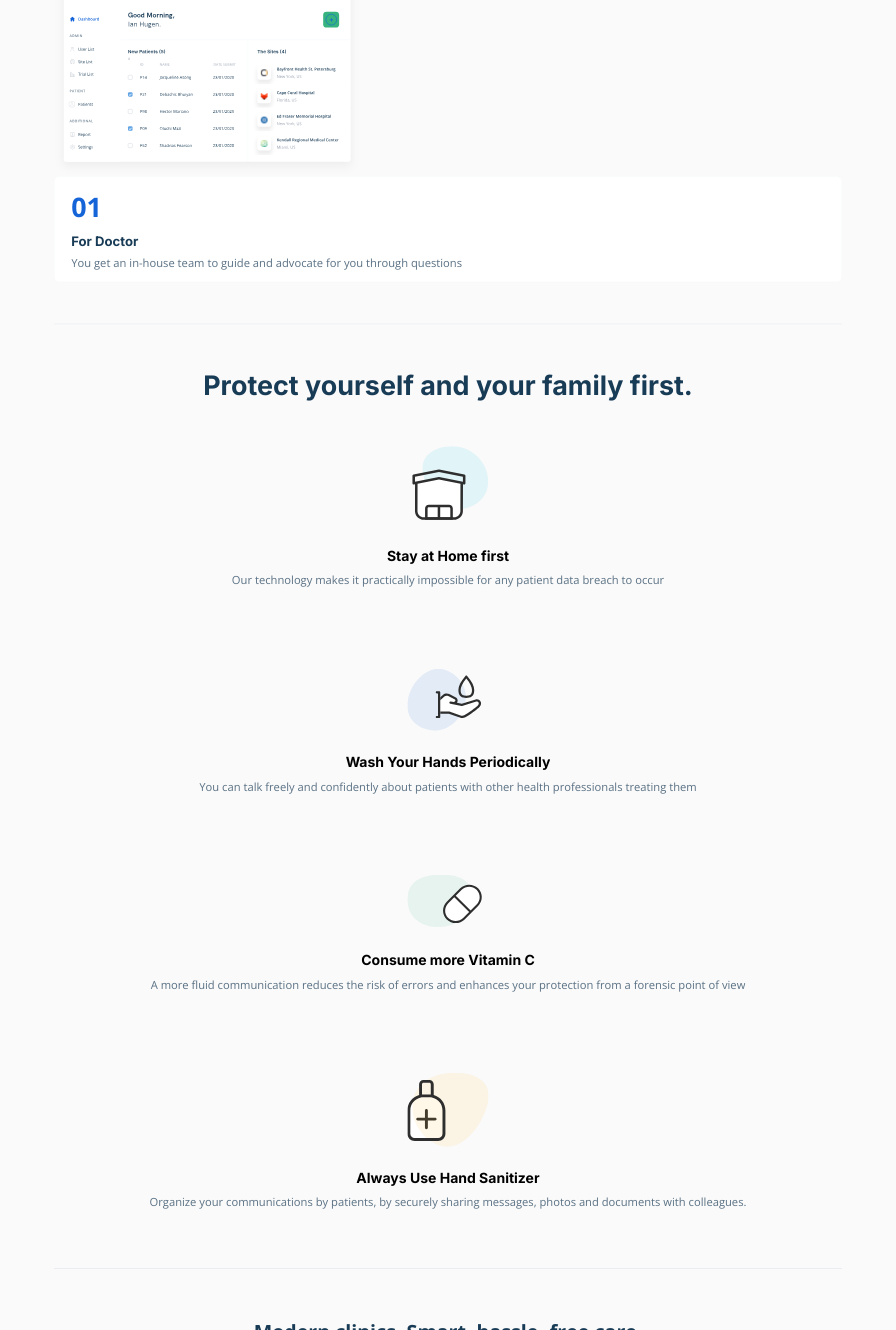
Repository: Esttevo/prova-html-css
Page: index.html
These files come from the project's save history. The page is drawn as it stood at one moment and after the next save; the edit follows.
The browser window is 1280 px wide. The pictures show the part of the page from y = 1189 to 3089 px (the page is 6274 px tall before and 6300 px after), at 70% of full size.
A picture or video elsewhere on the page could not be fetched, so the positions and the page height are approximate.

Above is the page before, as saved 2026-08-31 21:39:08.

### index.html
<!DOCTYPE html>
<html lang="en">
<head>
    <meta charset="UTF-8">
    <meta name="viewport" content="width=device-width, initial-scale=1.0">
    <title>Document</title>
    <link rel="stylesheet" href="style.css">
</head>
<body>
    <header>
        <img id="header-logo" src="img/icons/Logo.svg" alt="Logo escrita EHYA">

        <nav id="header-nav">
            <a class="no-chevron" href="#">Home</a>
            <a class="with-chevron" href="#">
                Landings
                <img src="img/icons/icon-chevron-down.svg" alt="indica que possui uma lista ao clicar">
            </a>
            <a class="with-chevron" href="#">
                Pages
                <img src="img/icons/icon-chevron-down.svg" alt="indica que possui uma lista ao clicar">
            </a>
            <a href="#">Docs</a>
            <a href="#">Help</a>
            <button>Get it now</button>
        </nav>

        <img src="img/icons/icon-menu-hamburger.svg" alt="Menu hamburger">
    </header>

    <main>
        <section id="section-hero">
            <div id="hero-text">
                <div id="bar-text">
                    <div class="estilization-bar"> a</div>

                    <h4>
                        Changing the way you
                        go to healthcare
                    </h4>
                </div>

                <h1>
                    Primary Care
                    Designed for
                    Real Life
                </h1>

                <p>
                Discuss patients, share notes and documents in a secure manner and be part of a network of health professionals ready to
                collaborate better.
                </p>

                <form id="form-hero" action="#">
                    <input id="text-write" type="text" placeholder="name@youremail.com">
                    <input id="button" type="submit" value="Subscribe">
                </form>
            </div>
            <img src="img/image-hero.png" alt="4 medicos sorrindo e uma medica sobrepondo os 4">
        </section>

        <section id="section-connect">
            <div id="connect-tittle-subtittle">
                <h2>
                    Connect easily. Collaborate efficiently.
                </h2>

                 <p>
                    Rather than do things the
                    ypical way, we’ve created
                    a membership-based primary
                    care practice truly designed
                    around your needs.
                </p>
            </div>

           <img src="img/Dashboard.svg" alt="dashboard de exemplo de um sistema de agendamento">

           <div id="cards-advantages">
                <div id="first-card-advantages">
                     <h2>01</h2>
                     <h3>For Doctor</h3>
                     <p>
                         You get an in-house
                         team to guide and advocate
                         for you through questions
                     </p>
                </div>

                <div id="second-card-advantages">
                     <h2>02</h2>
                     <h3>For Patient</h3>
                     <p>
                         You get an in-house
                         team to guide and advocate
                         for you through questions
                     </p>
                </div>

                <div id="third-card-advantages">
                     <h2>03</h2>
                     <h3>For Clinician</h3>
                     <p>
                         You get an in-house
                         team to guide and advocate
                         for you through questions
                     </p>
                </div>
            </div>
        </section>

        <section id="section-protect">
            <h2>
                Protect yourself and your family first.
            </h2>

            <div id="protect-content-tips">
                <div class="content-tips-card">
                    <img src="img/icons/icon-house.svg" alt="Casa">

                    <h3>
                        Stay at Home first
                    </h3>

                    <p>
                        Our technology makes
                        it practically impossible
                        for any patient data breach to occur
                    </p>
                </div>

                <div class="content-tips-card">
                    <img src="img/icons/icon-hand.svg" alt="Lavando a mao">

                    <h3>
                        Wash Your Hands Periodically
                    </h3>

                    <p>
                        You can talk freely and confidently
                        about patients with other health professionals
                         treating them
                    </p>
                </div>

                <div class="content-tips-card">
                    <img src="img/icons/icon-remedy.svg" alt="pilula de remedio">

                    <h3>
                        Consume more Vitamin C
                    </h3>

                    <p>
                        A more fluid communication reduces
                        the risk of errors and enhances your
                        protection from a forensic point of view
                    </p>
                </div>

                <div class="content-tips-card">
                    <img src="img/icons/icon-medicament.svg" alt="Caixa de remedio">

                    <h3>
                        Always Use Hand Sanitizer
                    </h3>

                    <p>
                        Organize your communications
                        by patients, by securely sharing
                        messages, photos and documents
                        with colleagues.
                    </p>
                </div>
            </div>
        </section>

        <section id="section-modern">
            <h2>
                Modern clinics.
                Smart, hassle
                -free care.
            </h2>

            <div id="first-and-second-content">
                <div class="modern-content-img-text">
                    <img src="img/image-medic.svg" alt="equipamentos de medico">
                    <h3>
                        Consume more Vitamin C
                    </h3>

                    <p>
                        A more fluid communication reduces
                        the risk of errors and enhances your
                        protection from a forensic point of view
                    </p>
                </div>

                <div class="modern-content-img-text">
                    <img src="img/image-kid.png" alt="Criança caminhando de mão dada">
                    <h3>
                        Wash Your Hands Periodically
                    </h3>

                    <p>
                        You can talk freely and confidently
                        about patients with other health professionals
                         treating them
                    </p>
                </div>
            </div>

            <div id="third-and-fourth-content">
                <div class="modern-content-img-text">
                    <img src="img/image-dog.png" alt="cachorro tomando agua no colo">
                    <h3>
                        Always Use Hand Sanitizer
                    </h3>

                    <p>
                        Organize your communications
                        by patients, by securely sharing
                        messages, photos and documents
                        with colleagues.
                    </p>
                </div>
            </div>
        </section>

        <section id="section-health">
            <div class="health-content-text">
                <div class="estilization-bar"></div>

                <h2>
                     Track Your Health
                     History Periodically
                </h2>

                <p>
                 A more fluid communication reduces
                 the risk of errors and enhances your
                 protection from a forensic
                 point of view
                </p>

                <div id="learn-more">
                     <p>LEARN MORE</p>
                     <img src="img/icons/icon-arrow-right.svg" alt="seta para a direita, clique para ler mais">
                </div>
            </div>

           <img id="image-mobile" src="img/image-health-mobile.svg" alt="iphone em um site de localização de hospitais com mapa e busca">
            <img id="image-desktop" src="img/image-health-desktop.svg" alt="iphone em um site de localização de hospitais com mapa e busca">
           <div id="count-pages">
                <p>1/4 screen</p>

                <div id="img-arrow">
                    <img src="img/icons/icon-button-left.svg" alt="botão para tela da esquerda">
                    <img src="img/icons/icon-button-right.svg" alt="botão para tela da direita">
                </div>
           </div>
        </section>

        <section id="section-resources">
            <article class="selected-resources-card">
                <img src="img/icons/icon-docs.png" alt="simbolo de documento">

                <h3>Stay at Home first</h3>

                <p>
                    A more fluid communication
                    reduces the risk of errors.
                </p>

                <a href="#">
                    READ ARTICLE
                </a>
            </article>

            <article class="resources-card">
                <img src="img/icons/icon-docs.png" alt="simbolo de documento">

                <h3>
                    Wash Your Hands
                </h3>

                <p>
                    A more fluid communication
                    reduces the risk of errors.
                </p>

                <a href="#">
                    READ ARTICLE
                </a>
            </article>

            <article class="resources-card">
                <img src="img/icons/icon-docs.png" alt="simbolo de documento">

                <h3>Use Hand Sanitizer</h3>

                <p>
                    A more fluid communication
                    reduces the risk of errors.
                </p>

                <a href="#">
                    READ ARTICLE
                </a>
            </article>

            <article class="resources-card">
                <img src="img/icons/icon-docs.png" alt="simbolo de documento">

                <h3>Consume Vitamin C</h3>

                <p>
                    A more fluid communication
                    reduces the risk of errors.
                </p>

                <a href="#">
                    READ ARTICLE
                </a>
            </article>
        </section>

        <section id="section-updates">
            <h2>be the first to know our updates</h2>

            <form action="#">
                <input  type="text" id="name" name="name" placeholder="&#xF007; Teste">
                <input  type="text" id="name" name="name" placeholder="&#xF007; Teste">
                <input type="submit" value="Subscribe Us">
            </form>
        </section>
    </main>

    <footer id="footer">
        <div id="footer-content-nav">
            <nav class="nav-footer">
                <a class="nav-tittle" href="#">Product</a>
                <a class="nav-item" href="#">Landingpage</a>
                <a class="nav-item" href="#">Features</a>
                <a class="nav-item" href="#">Documentation</a>
                <a class="nav-item" href="#">Referral Program</a>
                <a class="nav-item" href="#">Pricing</a>
            </nav>

            <nav class="nav-footer">
                <a class="nav-tittle" href="#">Services</a>
                <a class="nav-item" href="#">Documentation</a>
                <a class="nav-item" href="#">Design</a>
                <a class="nav-item" href="#">Themes</a>
                <a class="nav-item" href="#">Illustrations</a>
                <a class="nav-item" href="#">UI Kit</a>
            </nav>

            <nav class="nav-footer">
                <a class="nav-tittle" href="#">Company</a>
                <a class="nav-item" href="#">About</a>
                <a class="nav-item" href="#">Terms</a>
                <a class="nav-item" href="#">Privacy Policy</a>
                <a class="nav-item" href="#">Careers</a>
            </nav>

            <nav class="nav-footer">
                <a class="nav-tittle" href="#">More</a>
                <a class="nav-item" href="#">Documentation</a>
                <a class="nav-item" href="#">License</a>
                <a class="nav-item" href="#">Changelog</a>
            </nav>
        </div>

        <img src="img/icons/Logo.svg" alt="simbolo de logo">

        <p>Build a modern and creative website with crealand</p>

        <div id="icons-footer">
            <img src="img/icons/Icon-google.svg" alt="icone redirecionamento google">
            <img src="img/icons/icon-email.svg" alt="icone redirecionamento email">
            <img src="img/icons/icon-instagram.svg" alt="icone redirecionamento instagram">
            <img src="img/icons/icon-linkedin.svg" alt="icone redirecionamento linkedIn">
        </div>
    </footer>
</body>
</html>

### style.css
@import url('https://fonts.googleapis.com/css2?family=Inter:ital,opsz,wght@0,14..32,100..900;1,14..32,100..900&display=swap');
@import url('https://fonts.googleapis.com/css2?family=Inter:ital,opsz,wght@0,14..32,100..900;1,14..32,100..900&family=Open+Sans:ital,wght@0,300..800;1,300..800&display=swap');

:root {
    --primary-background-color: #FAFAFA;
    --secundary-background-color: #FFFFFF;

    --primary-color: #1565D8;

    --primary-tittle-font-color: #183B56;

    --primary-subtittle-font-color: #5A7184;

    --primary-font-family: "Open Sans", sans-serif;
    --secundary-font-family: "Inter", sans-serif;

    --color-spacing: #E3E7ED;
}

* {
    margin: 0;
    padding: 0;
    text-decoration: none;
    box-sizing: border-box;
    overflow-x: hidden;
}

body {
    font-family: var(--primary-font-family);
    background-color: var(--primary-background-color);
}

header {
    display: flex;
    justify-content: space-between;
    padding: 1.2rem 1.5rem;

}

#header-nav {
    display: none;
}

#bar-text {
    display: flex;
    flex-direction: column;
    align-items: center;
    gap: 1rem;
    padding: 1.2rem 3rem;
}

.estilization-bar {
    background-color: #344563;;
    width: 14px;
    height: 2px;
}

#bar-text h4 {
    font-size: clamp(14px, 1vw, 30px);
    text-align: center;
    line-height: 150%;
    color: var(--primary-tittle-font-color);
}

#section-hero {
    display: flex;
    flex-direction: column;
    padding: 0 clamp(1.25rem, 6vw, 9rem);
}

#section-hero h1 {
    color: var(--primary-tittle-font-color);
    text-align: center;
    line-height: 125%;
    font-weight: 700;
    letter-spacing: 0.2;
    font-family: var(--secundary-font-family);
    padding: 0 1rem;
    font-size: clamp(32px, 5vw, 56px);
}

#section-hero p {
    color: var(--primary-subtittle-font-color);
    text-align: center;
    font-size: 1rem;
    padding-top: 1rem;
    line-height: 175%;
}

#section-hero form {
    display: flex;
    flex-direction: column;
    width: clamp(280px, 100%, 400px);
    padding: 2rem 0;
    justify-self: center;
}

#section-hero #text-write {
    height: 3.8rem;
    border: none;
    border-radius: 0.5rem;
    padding: 1rem;
    font-family: var(--primary-font-family);
}

#section-hero #button {
    background-color: var(--primary-color);
    border: none;
    font-size: var(--primary-font-family);
    color: #FFFFFF;
    border-radius: 0.5rem;
    padding: 0.5rem 0;
    height: 2.5rem;
}

#section-hero img {
    width: clamp(280px, 100%, 540px);
    align-self: center;
    padding-bottom: 3rem;
}

#section-connect {
    display: flex;
    flex-direction: column;
    padding: 0 clamp(1.25rem, 6vw, 9rem);

}

#connect-tittle-subtittle h2{
    border-top: 1px solid var(--color-spacing);
    color: var(--primary-tittle-font-color);
    text-align: center;
    padding: 1rem;
    padding-top: 3.7rem;
    line-height: 125%;
    font-family: var(--secundary-font-family);
}

#connect-tittle-subtittle p {
    color: var(--primary-subtittle-font-color);
    text-align: center;
    line-height: 175%;
    padding-bottom: 0.5rem;
}

#section-connect img {
    width: 438px;
    /* fica certo aos 498, nsei como fazer ainda*/
}

#cards-advantages {
    display: flex;
    flex-direction: column;
    padding-bottom: 3.7rem;
    border-bottom: 1px solid var(--color-spacing);
}

#first-card-advantages {
    display: flex;
    flex-direction: column;
    background-color: var(--secundary-background-color);
    padding: 1rem 1.5rem 1rem 1.5rem;
    border: 1px solid #F8F9FA;
    border-radius: 8px;

}

#first-card-advantages h2 {
    color: var(--primary-color);
    font-size: clamp(24px, 3vw, 48px);
    padding-bottom: 0.8rem;
}

#first-card-advantages h3 {
    font-family: var(--secundary-font-family);
    color: var(--primary-tittle-font-color);
    padding-bottom: 0.5rem;
}

#first-card-advantages p {
    color: var(--primary-subtittle-font-color);
}

#second-card-advantages {
    display: none;
}

#third-card-advantages {
    display: none;
}

#section-protect {
    display: flex;
    flex-direction: column;
    align-content: center;
    padding: 0 clamp(1.25rem, 6vw, 9rem);

}

#section-protect h2  {
    font-family: var(--secundary-font-family);
    font-size: clamp(24px, 3vw, 48px);
    color: var(--primary-tittle-font-color);
    padding-bottom: 2rem;
    padding-top: 4rem;
    text-align: center;
    letter-spacing: 0.2;
    font-weight: 700;
}

#protect-content-tips {
    display: flex;
    flex-direction: column;
}

.content-tips-card {
    display: flex;
    flex-direction: column;
    align-items: center;
    padding-bottom: 5rem;
}

.content-tips-card img {
    width: clamp(82px, 9vw, 130px);
    align-self: center;
    margin: 2rem;
}

.content-tips-card h3 {
    font-family: var(--secundary-font-family);
    font-size: clamp(16px, 3vw, 20px);
}
.content-tips-card p {
    color: var(--primary-subtittle-font-color);
    text-align: center;
    padding-top: 0.6rem;
    line-height: 170%;
}

#section-modern {
    display: flex;
    flex-direction: column;
    padding: 0 clamp(1.25rem, 6vw, 9rem);
}

#section-modern h2 {
    color: var(--primary-tittle-font-color);
    padding-left: 1rem;
    padding-right: 1rem;
    padding-top: 4.5rem;
    border-top: 1px solid var(--color-spacing);
    font-size: clamp(28px, 2vw, 48px);
    text-align: center;
    line-height: 130%;
}

.modern-content-img-text {
    display: flex;
    flex-direction: column;
    justify-content: center;
    align-items: center;

    padding-top: 3.5rem;
}

.modern-content-img-text h3 {
    color: var(--primary-tittle-font-color);
    padding-top: 1.8rem;
    padding-bottom: 14px;
}

.modern-content-img-text p {
    color: var(--primary-tittle-font-color);
   font-size: clamp(14px, 1.5vw, 16px);
    line-height: 170%;
    text-align: center;
}

After the next save:
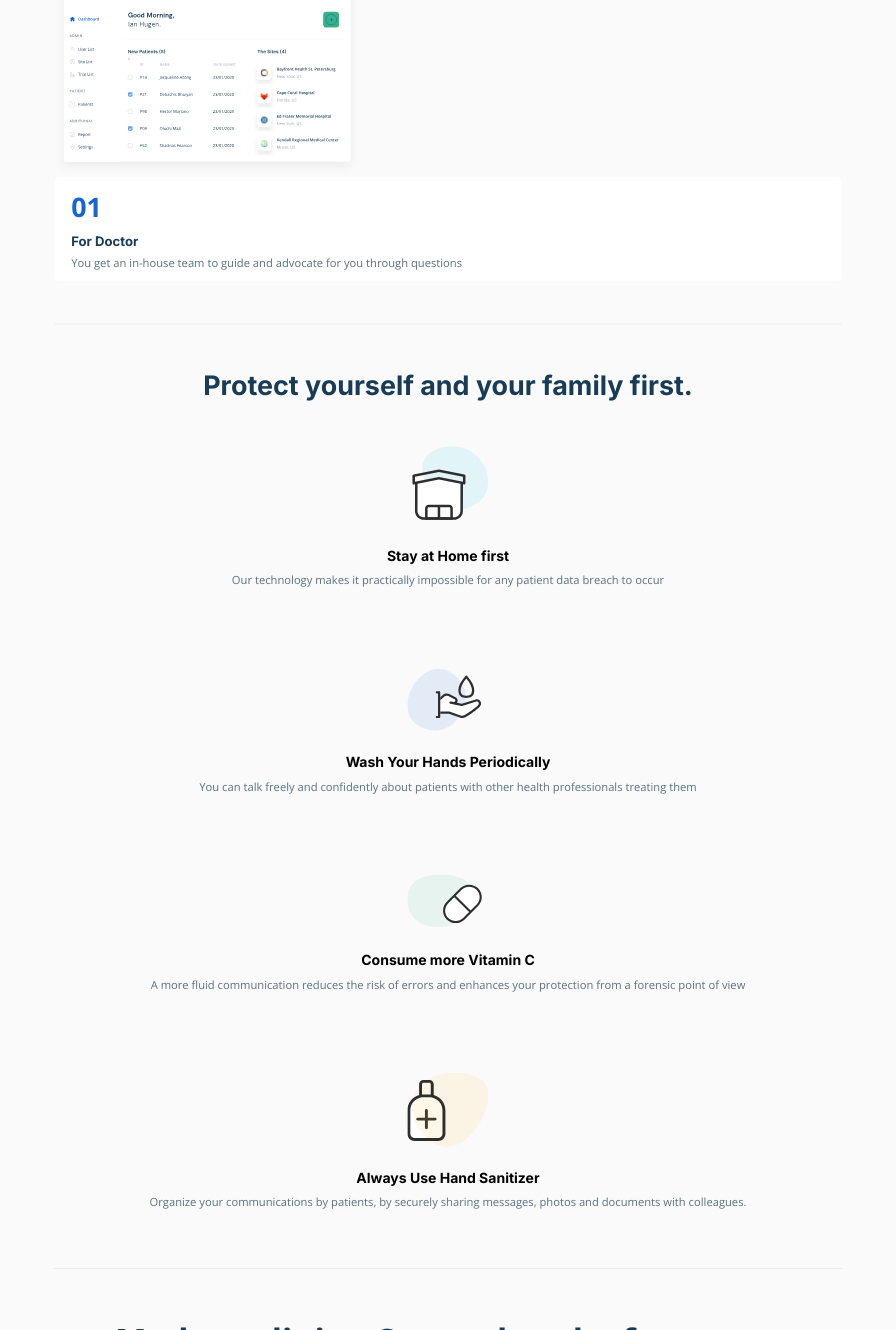
Saved 117 s later.
--- a/style.css
+++ b/style.css
@@ -249,7 +249,7 @@ header {
     padding-right: 1rem;
     padding-top: 4.5rem;
     border-top: 1px solid var(--color-spacing);
-    font-size: clamp(28px, 2vw, 48px);
+    font-size: clamp(28px, 5vw, 48px);
     text-align: center;
     line-height: 130%;
 }
